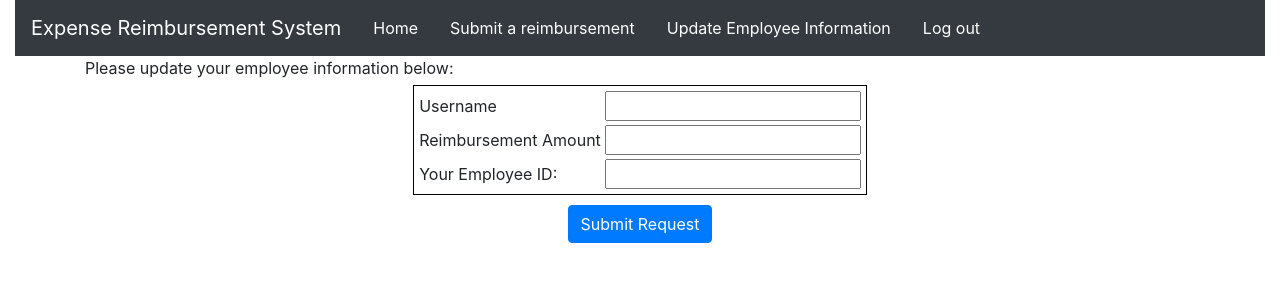
Repository: Trevormulrenin/ers-app
Page: ers-app/src/main/webapp/html/employee_info.html
An editor plug-in stored every save of this project. The page is shown before and after the next save, followed by the edit.
The browser window is 1280 px wide. The pictures show the whole page.

Above is the page before, as saved 2021-03-30 21:41:26.

After the next save:
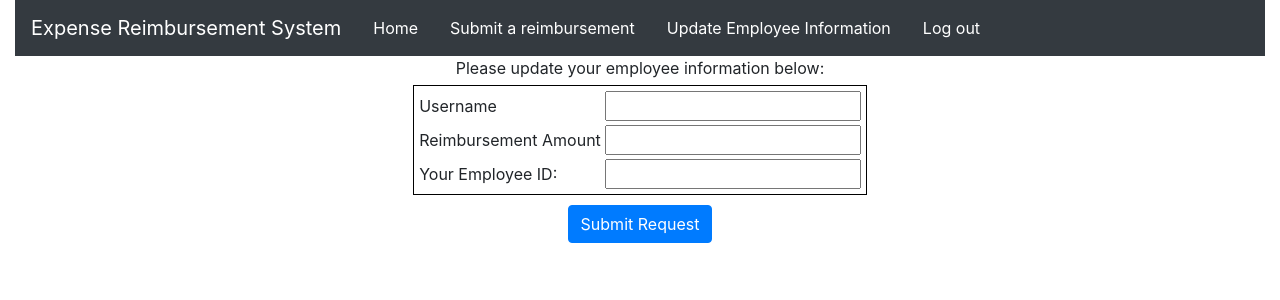
Saved 11 s later.
--- a/ers-app/src/main/webapp/html/employee_info.html
+++ b/ers-app/src/main/webapp/html/employee_info.html
@@ -30,7 +30,7 @@
 	</div>
 
 		<div class="container">
-		<header> Please update your employee information below:</header>
+		<header style="text-align:center"> Please update your employee information below:</header>
 		<form action="../UpdateEmployeeServlet" method="post">
 			<table class="center" id="update-table">
 				<tr>
